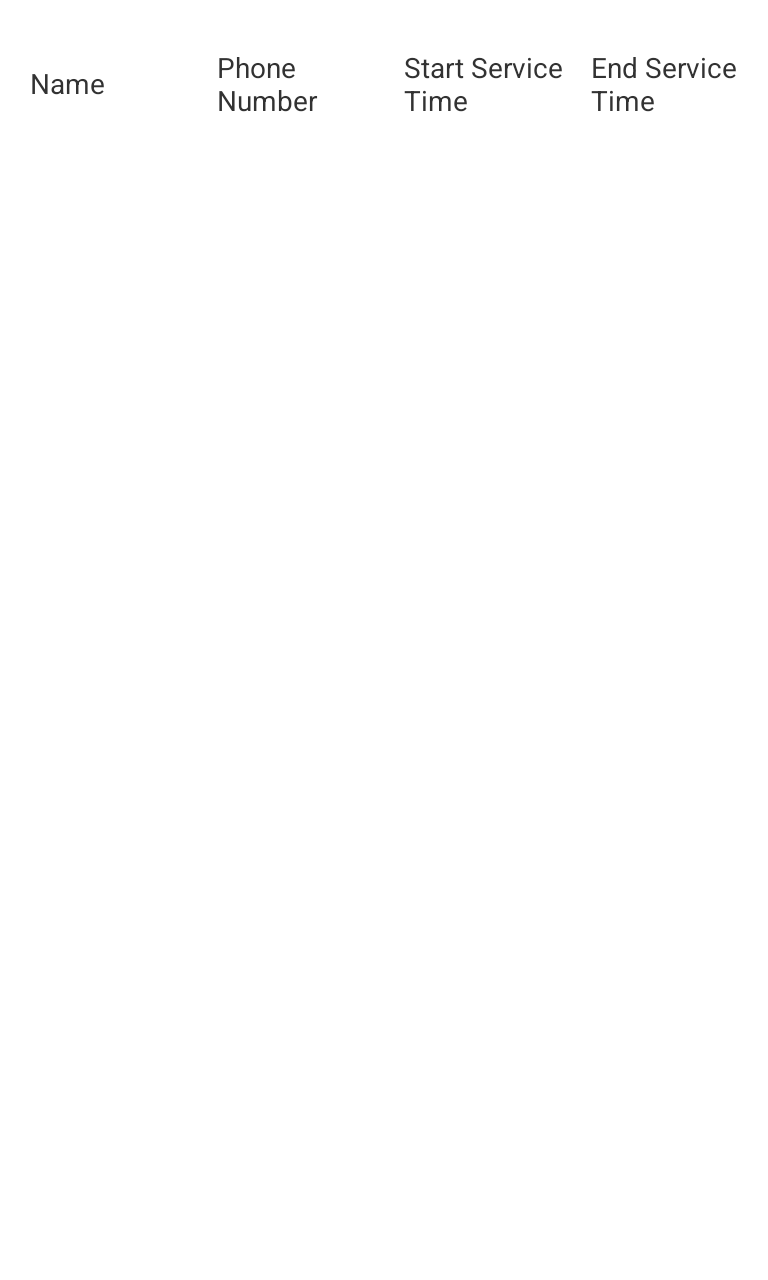
Repository: judemailom/queue-manager
Layout: QueueManager/res/layout/activity_logs.xml
An editor plug-in stored every save of this project. The layout is shown before and after the next save, followed by the edit.
It is drawn on a 768 x 1280 px phone screen (xhdpi) without system bars, with theme AppTheme; the app's code is not run.

Above is the layout before, as saved 2014-01-29 16:41:17.

After the next save:
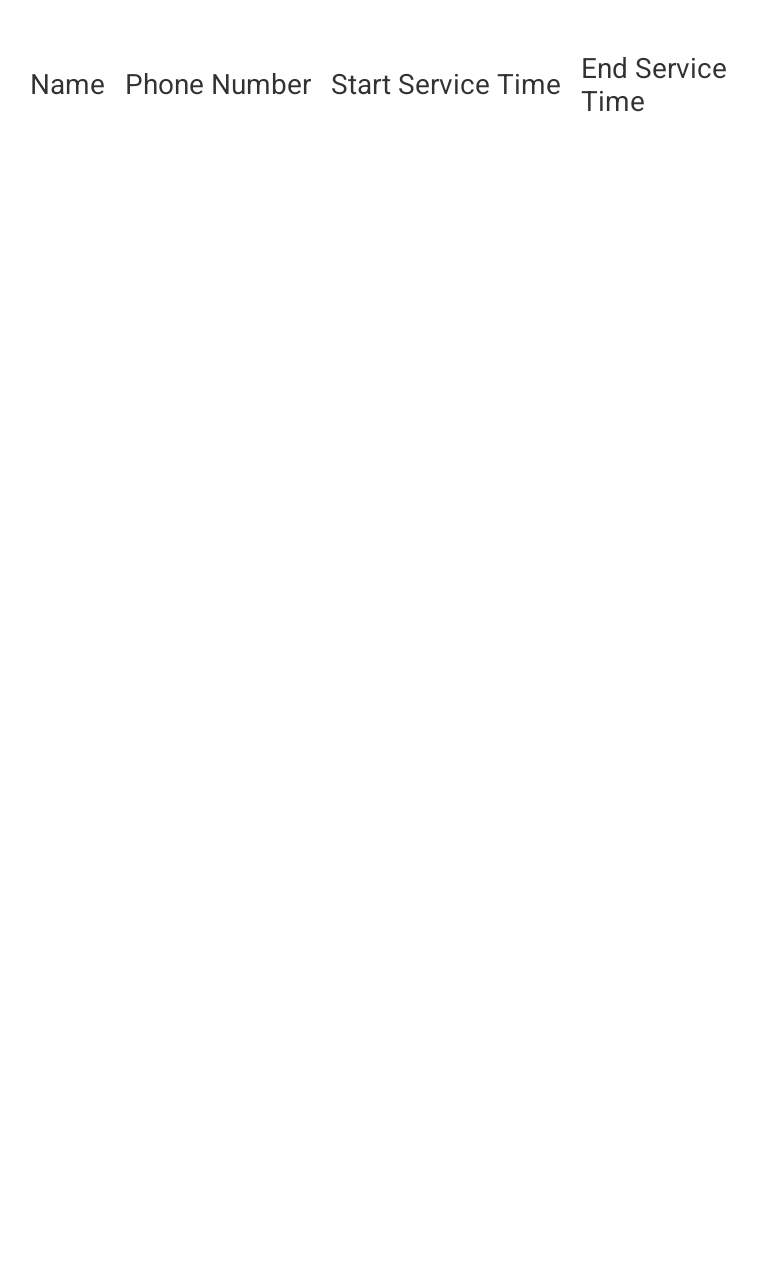
Saved 16 min 24 s later.
--- a/QueueManager/res/layout/activity_logs.xml
+++ b/QueueManager/res/layout/activity_logs.xml
@@ -31,30 +31,27 @@
         	    android:padding="@dimen/table_padding" >
 
         	    <TextView
-        	        android:layout_width="0dp"
+        	        android:layout_width="wrap_content"
         	        android:layout_height="wrap_content"
         	        android:layout_gravity="center_vertical"
-        	        android:layout_weight="1"
         	        android:gravity="left"
         	        android:paddingLeft="10dp"
         	        android:text="@string/name_head"
         	        android:textAppearance="?android:attr/textAppearanceSmall" />
 
         	    <TextView
-        	        android:layout_width="0dp"
+        	        android:layout_width="wrap_content"
         	        android:layout_height="wrap_content"
         	        android:layout_gravity="center_vertical"
-        	        android:layout_weight="1"
         	        android:gravity="left"
         	        android:paddingLeft="10dp"
         	        android:text="@string/number_head"
         	        android:textAppearance="?android:attr/textAppearanceSmall" />
 
         	    <TextView
-        	        android:layout_width="0dp"
+        	        android:layout_width="wrap_content"
         	        android:layout_height="wrap_content"
         	        android:layout_gravity="center_vertical"
-        	        android:layout_weight="1"
         	        android:gravity="left"
         	        android:paddingLeft="10dp"
         	        android:text="@string/start_head"

After the 3 saves that followed:
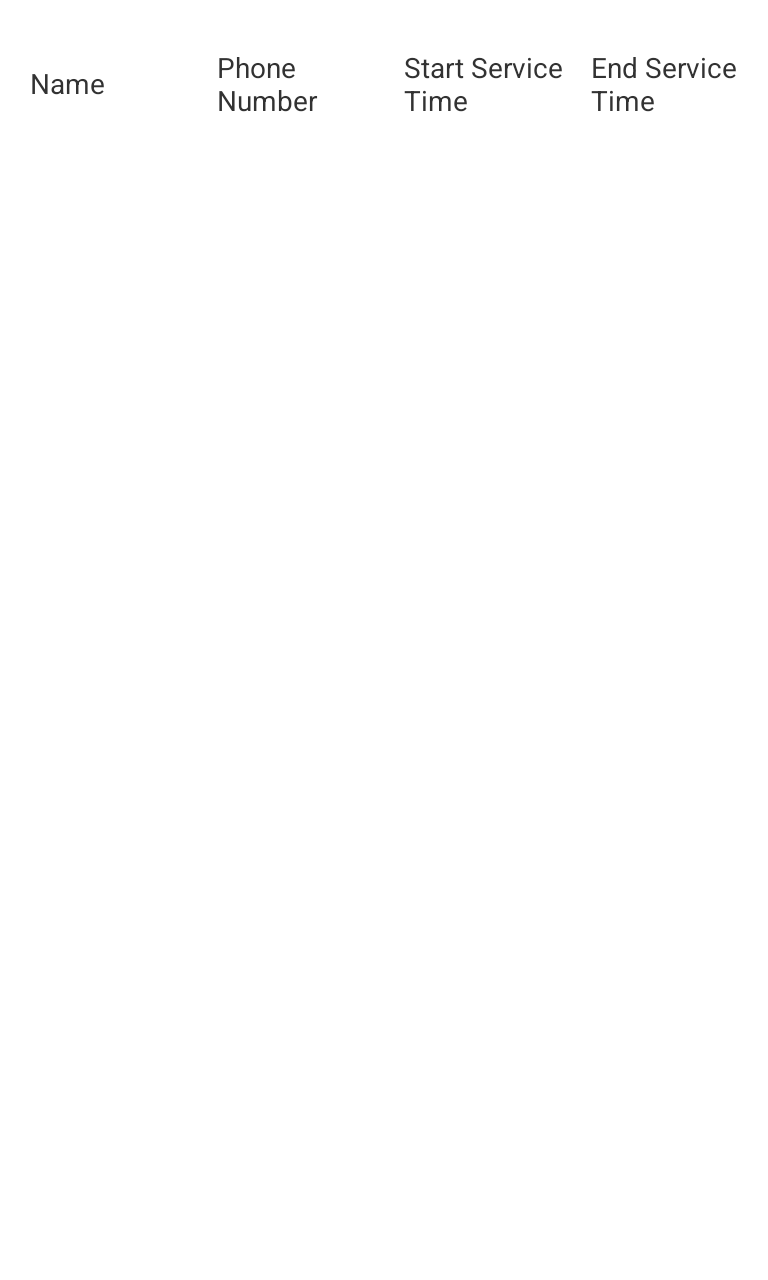
The 3 saves are shown as one change because 1 left the picture as it was and some came seconds apart.
The last was saved 58 s later.
--- a/QueueManager/res/layout/activity_logs.xml
+++ b/QueueManager/res/layout/activity_logs.xml
@@ -27,31 +27,33 @@
         	    android:id="@+id/log_header"
         	    android:layout_width="wrap_content"
         	    android:layout_height="wrap_content"
-        	    android:baselineAligned="_baseline"
         	    android:padding="@dimen/table_padding" >
 
         	    <TextView
-        	        android:layout_width="wrap_content"
+        	        android:layout_width="0dp"
         	        android:layout_height="wrap_content"
         	        android:layout_gravity="center_vertical"
+        	        android:layout_weight="1"
         	        android:gravity="left"
         	        android:paddingLeft="10dp"
         	        android:text="@string/name_head"
         	        android:textAppearance="?android:attr/textAppearanceSmall" />
 
         	    <TextView
-        	        android:layout_width="wrap_content"
+        	        android:layout_width="0dp"
         	        android:layout_height="wrap_content"
         	        android:layout_gravity="center_vertical"
+        	        android:layout_weight="1"
         	        android:gravity="left"
         	        android:paddingLeft="10dp"
         	        android:text="@string/number_head"
         	        android:textAppearance="?android:attr/textAppearanceSmall" />
 
         	    <TextView
-        	        android:layout_width="wrap_content"
+        	        android:layout_width="0dp"
         	        android:layout_height="wrap_content"
         	        android:layout_gravity="center_vertical"
+        	        android:layout_weight="1"
         	        android:gravity="left"
         	        android:paddingLeft="10dp"
         	        android:text="@string/start_head"
